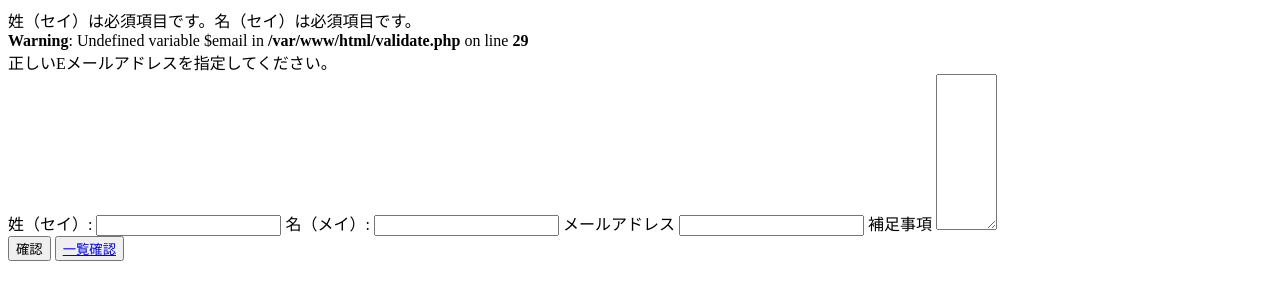
Repository: yoshiryoryo/phpform2
Page: http://localhost/validate.php
These files come from the project's save history. The page is drawn as it stood at one moment and after a run of saves; the edit follows.
The browser window is 1280 px wide. The pictures show the whole page.
The page is run by PHP 8.4 with error messages shown; the project is at /var/www/html/.

Above is the page before, as saved 2021-03-05 12:08:21.

After the next 2 saves:
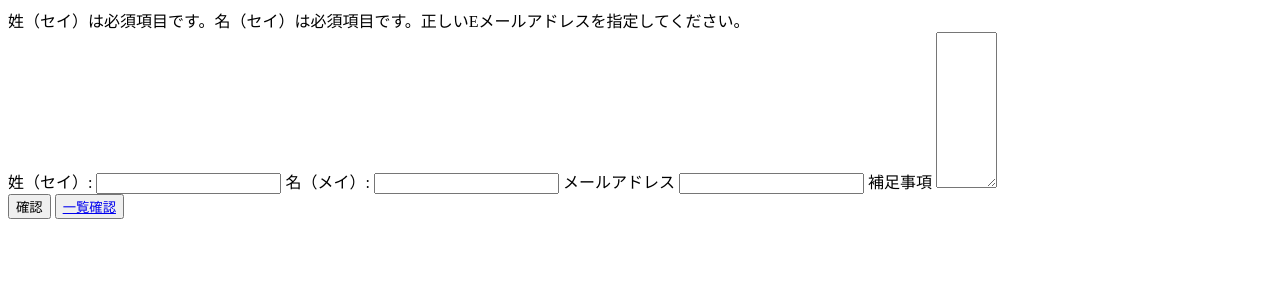
The 2 saves are shown as one change because they came seconds apart.
The last was saved 7 s later.
--- a/validate.php
+++ b/validate.php
@@ -11,6 +11,12 @@ $token = generateToken();
 $_SESSION['token'] = $token;
 
 // バリデーション
+// 使用する変数を初期化
+$name = '';
+$email = '';
+$gender = '';
+$title = '';
+$content = '';
 // 姓（セイ）の場合
 if(empty($sei)){
     echo '姓（セイ）は必須項目です。';
